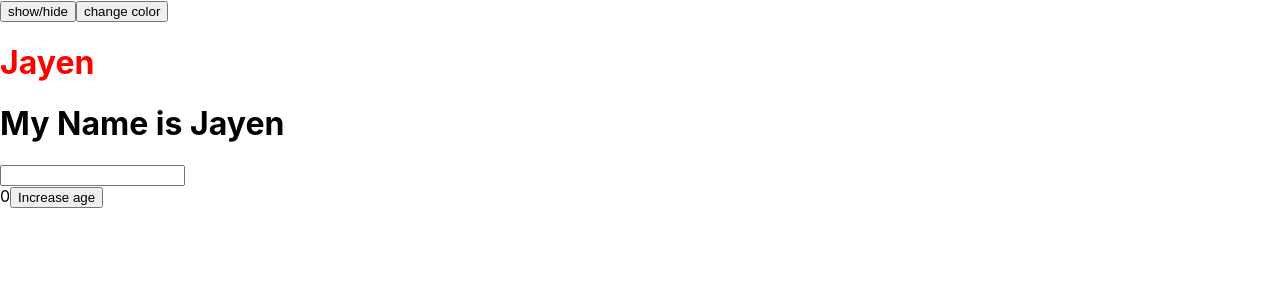
Repository: iamjayenmthakuri/todolist
Page: /
These files come from the project's save history. The page is drawn as it stood at one moment and after the next save; the edit follows.
The browser window is 1280 px wide. The pictures show the whole page.
The project was rebuilt for these pictures with package versions that can differ from the ones it lists, and the page was loaded fresh each time.

Above is the page before, as saved 2022-09-18 23:34:07.

### src/App.js
import React,{useState} from 'react';

function App() {
  const [showText,setShowText]=useState(true);

  const [age,setAge] =useState(0);
  const increaseAge =()=>{
    setAge(age+1);
  }
const [inputValue,setInputValue]=useState("");

const handleInputChange =(event)=>{
  setInputValue(event.target.value);
}
const [textColor,setTextColor]=useState("red");
  return (
  <><button onClick={()=>{
    setShowText(!showText);}}>
      show/hide
      </button>
<button onClick={()=>
{setTextColor(textColor==="black" ? "red" :"green");
}}>change color


</button>
      <h1 style={{color:textColor}}> Jayen</h1>

  {showText && <h1>My Name is Jayen</h1>}

  <input type="text" onChange={handleInputChange} />
  {inputValue}

<div>
    {age}
    <button onClick={increaseAge}>Increase age</button>
    </div>
    </>
  );
}

export default App;

Loaded but not shown: public/index.html (common file); src/index.js (common file); src/index.css (common file); src/reportWebVitals.js (common file)

After the next save:
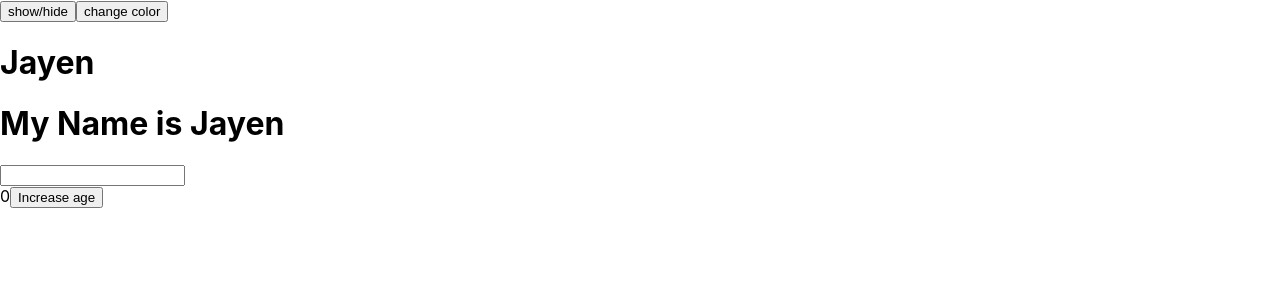
Saved 17 s later.
--- a/src/App.js
+++ b/src/App.js
@@ -12,7 +12,7 @@ const [inputValue,setInputValue]=useState("");
 const handleInputChange =(event)=>{
   setInputValue(event.target.value);
 }
-const [textColor,setTextColor]=useState("red");
+const [textColor,setTextColor]=useState("black");
   return (
   <><button onClick={()=>{
     setShowText(!showText);}}>
